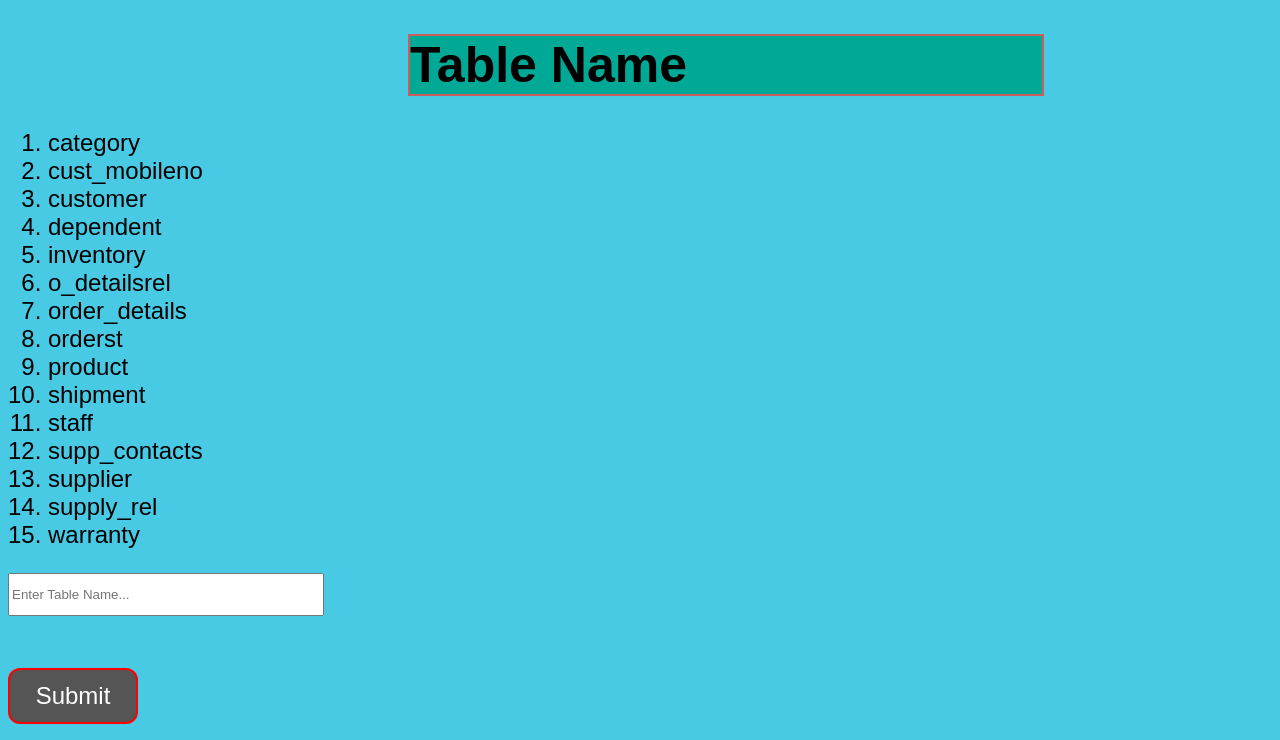
Repository: cyrusdwivedi2002/inventory-management-system
Page: DemoApp/src/main/webapp/export.html
An editor plug-in stored every save of this project. The page is shown before and after the next save, followed by the edit.
The browser window is 1280 px wide. The pictures show the whole page.
Some web fonts or font styles are not loaded; a fallback is used.

Above is the page before, as saved 2022-06-24 19:17:06.

### DemoApp/src/main/webapp/export.html
<!DOCTYPE html>
<html>
<head>
<meta charset="ISO-8859-1">

<link rel="preconnect" href="https://fonts.googleapis.com">
<link rel="preconnect" href="https://fonts.gstatic.com" crossorigin>
<link href="https://fonts.googleapis.com/css2?family=Anek+Latin:wght@500&family=Smooch&display=swap" rel="stylesheet">
<style>

body {
background-color: #48cae4;
font-family: 'Anek Latin', sans-serif;
}

h1{
color: black;
background-color:#00a896;
width: 50%;
margin-left:8em;
border: 2px solid indianred;
font-size:50px;
}

li{
font-size:x-large;
}
input{
  width: 25%;
  padding-top:12px;
  padding-bottom:12px;
  margin: 8px 0;
  box-sizing: border-box;
}
input[type=text]:focus {
  border: 3px solid #555;
}
#button{
background-color: #555555;
color:white;
font-size: 24px;
width:130px;
border-radius: 12px;
border:2px solid red;
}
#button:hover{
cursor:pointer;
background-color:#ef476f;
box-shadow: 0 12px 16px 0 rgba(0,0,0,0.75), 0 17px 50px 0 rgba(0,0,0,0.50);
transition: all 0.4s;
}
#button:active {
  background-color: #4CAF50; /* Green */
  color: white;
}

</style>

<title>Insert title here</title>
</head>
<body>
<form action = "./ExportTable" method = "post">
	 <h1>Table Name</h1>
	 <ol>
  <li>category</li>
  <li>cust_mobileno</li>
  <li>customer</li>
  <li>dependent</li>
  <li>inventory</li>
  <li>o_detailsrel</li>
  <li>order_details</li>
  <li>orderst</li>
  <li>product</li>
  <li>shipment</li>
  <li>staff</li>
  <li>supp_contacts</li>
  <li>supplier</li>
  <li>supply_rel</li>
  <li>warranty</li>
	</ol>
	 <input type="text" name="table_name" placeholder="Enter Table Name..."/>
	 <br/><br/><br/>
	  <input id="button" type="submit"/>

</form>


</body>
</html>

After the next save:
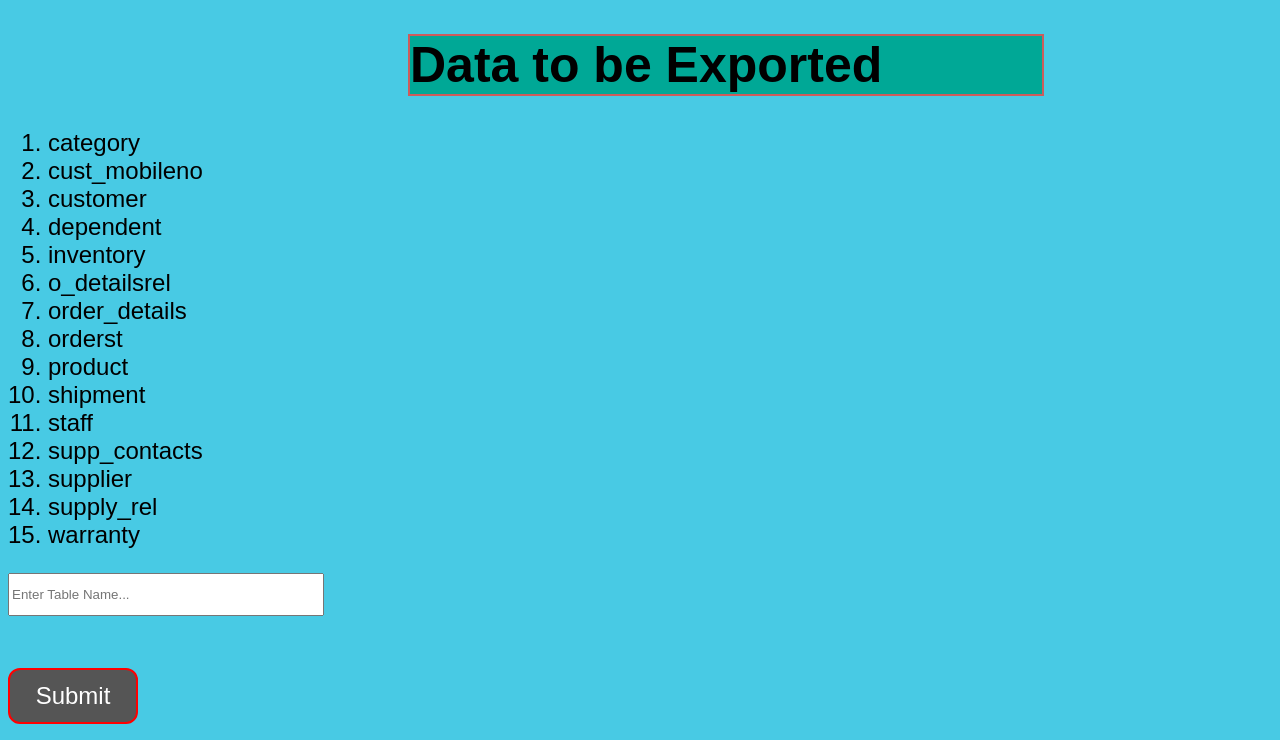
Saved 30 s later.
--- a/DemoApp/src/main/webapp/export.html
+++ b/DemoApp/src/main/webapp/export.html
@@ -60,7 +60,7 @@ transition: all 0.4s;
 </head>
 <body>
 <form action = "./ExportTable" method = "post">
-	 <h1>Table Name</h1>
+	 <h1>Data to be Exported</h1>
 	 <ol>
   <li>category</li>
   <li>cust_mobileno</li>
